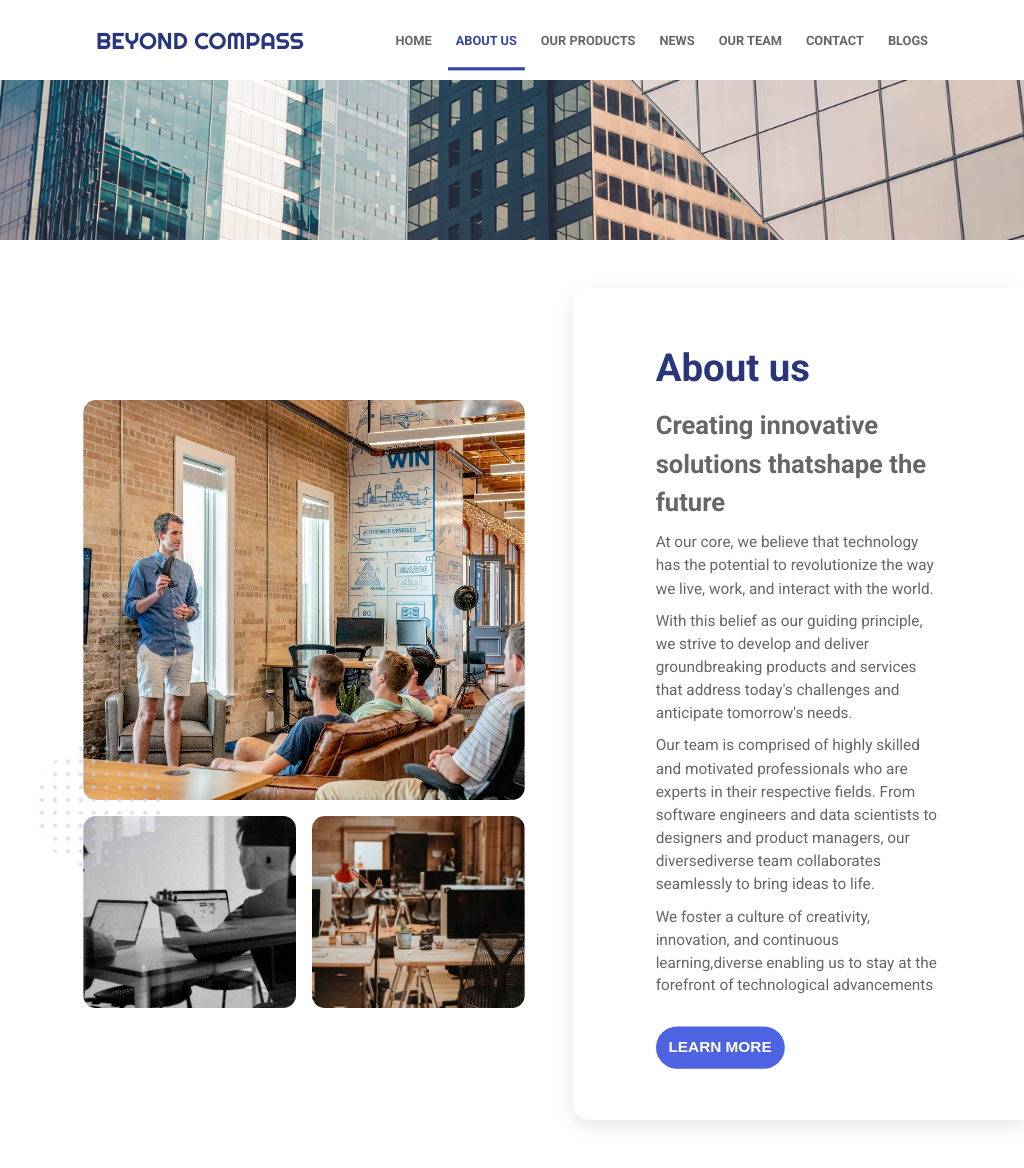
Repository: trunghau06/baitapRn
Page: pages/about.html
These files come from the project's save history. The page is drawn as it stood at one moment and after the next save; the edit follows.
The browser window is 1280 px wide. The pictures show the whole page, at 80% of full size.

Above is the page before, as saved 2025-10-10 10:41:38.

After the next save:
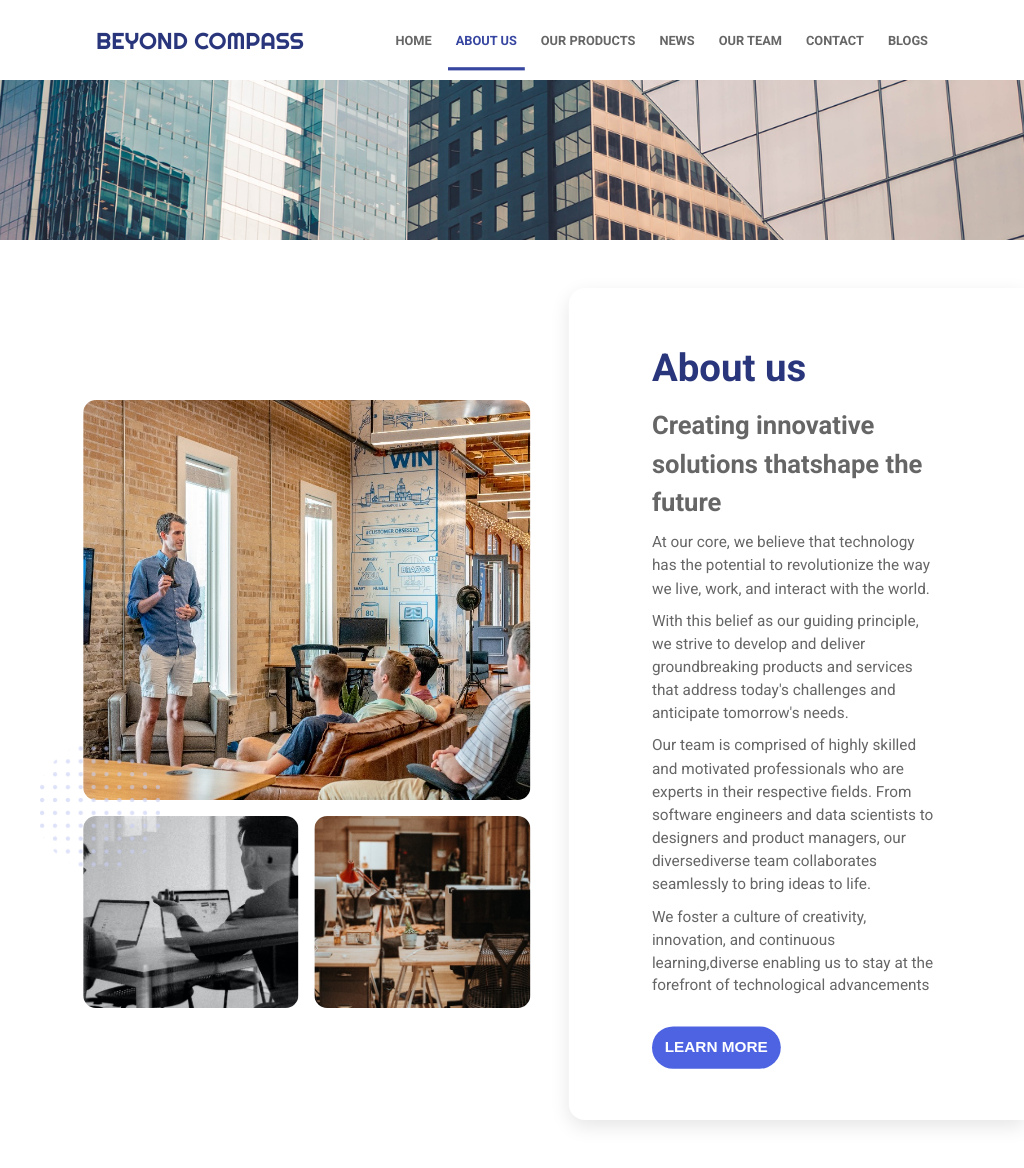
Saved 17 s later.
--- a/style/about.css
+++ b/style/about.css
@@ -92,7 +92,7 @@ nav ul li a.active::after {
     margin: 40px auto;
     background-color: #FFFFFF;
     padding: 20px 0 20px 104px;
-    gap: 60px;
+    gap: 48px;
     position: relative;
 }
 
